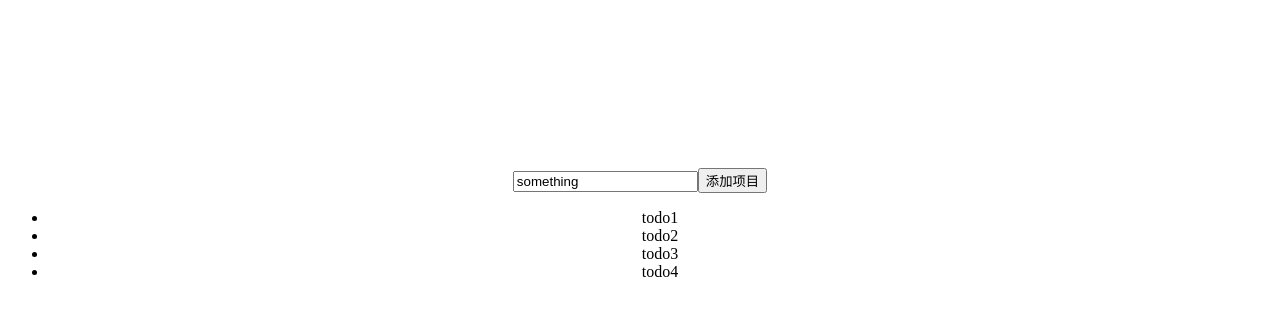
Repository: ArtemisWang/todolistProject
Page: /
The author's editor kept a copy of each file at every save. The page is drawn from the files as they stood at one save, then again after the next save.
The browser window is 1280 px wide. The pictures show the whole page.
The project was rebuilt for these pictures with package versions that can differ from the ones it lists, and the page was loaded fresh each time.

Above is the page before, as saved 2020-02-28 21:34:33.

After the next save:
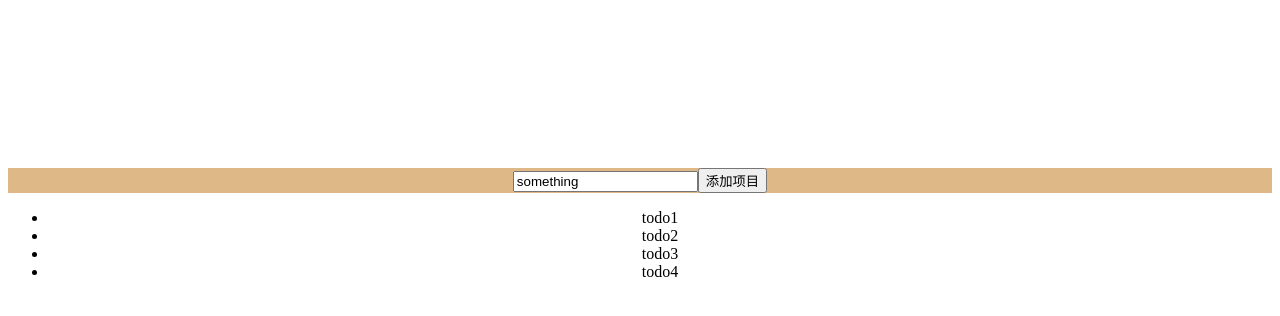
Saved 36 s later.
--- a/src/App.css
+++ b/src/App.css
@@ -5,4 +5,5 @@
 
 .input{
     display: block;
+    background-color: burlywood;
 }
